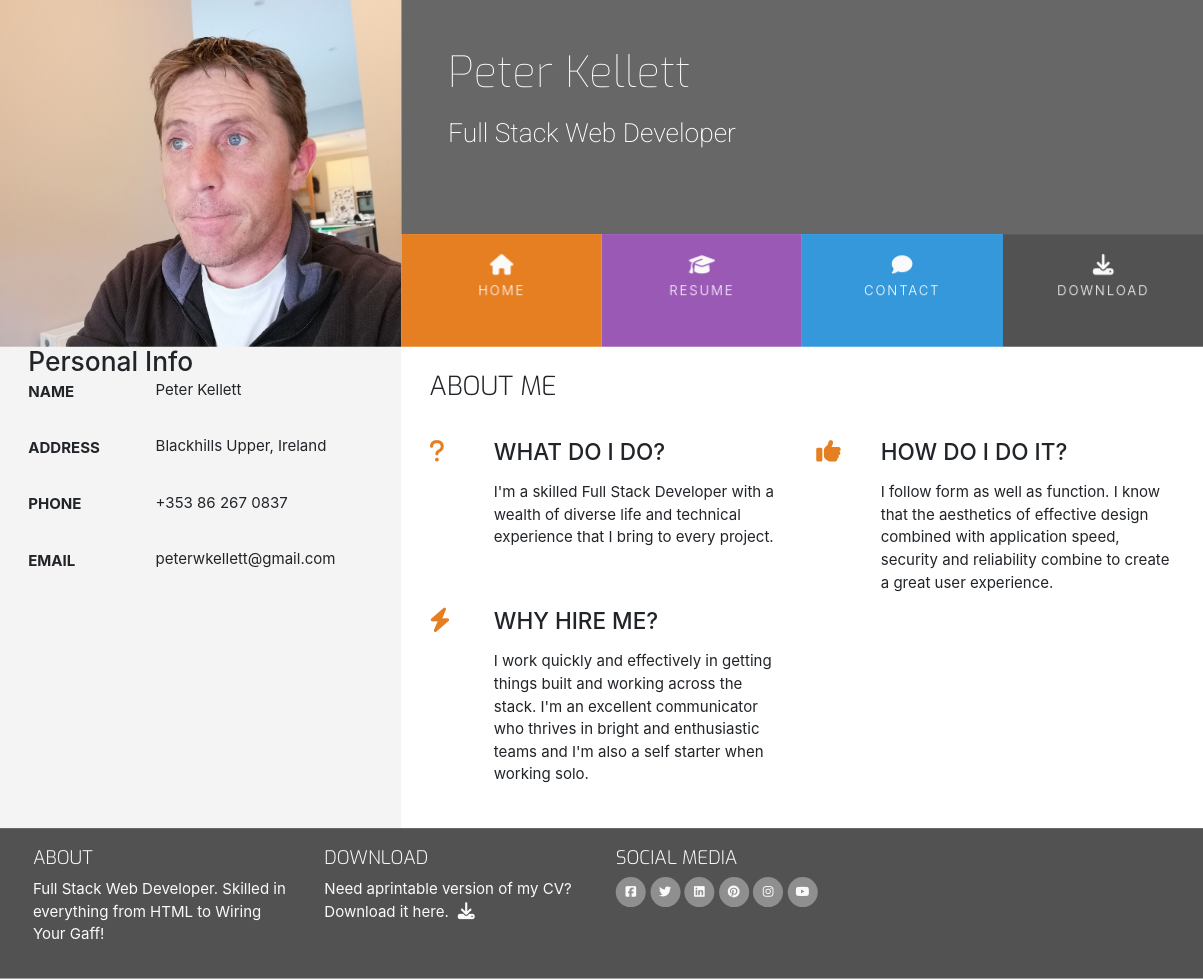
Repository: PeterKellett/resume-tutorial
Page: index.html
The author's editor kept a record of every edit. The page is drawn from the files as they stood at one moment, then again after the next edit.
The browser window is 1280 px wide. The pictures show the whole page, at 94% of full size.
Some web libraries are served in a nearby version.

Above is the page before.

After the next edit:
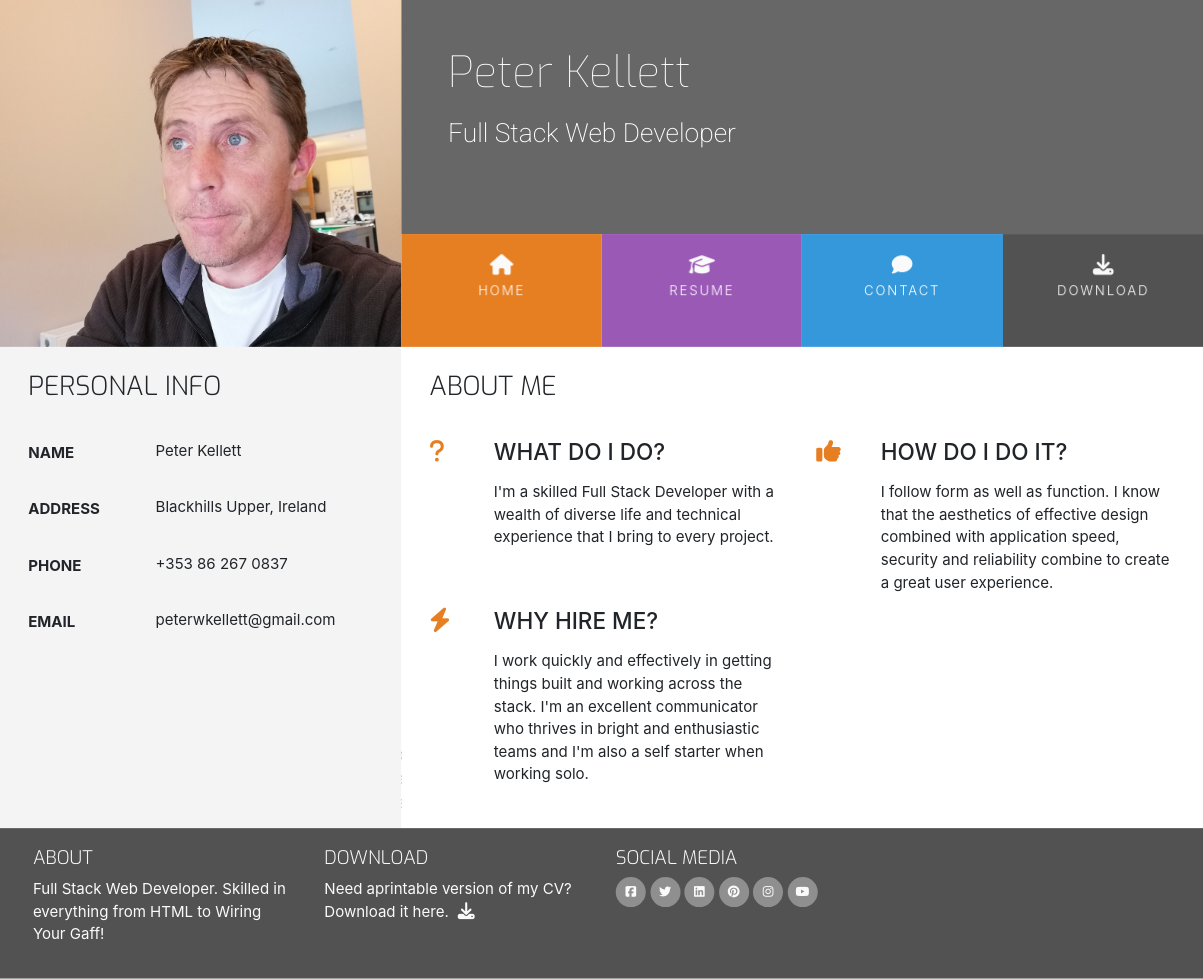
The edit:
--- a/index.html
+++ b/index.html
@@ -58,7 +58,7 @@
             <div class="col-md-4 bg-color-personal-info section-column">
                 <div class="row">
                     <div class="col-12">
-                        <h3 class-"section-heading uppercase">
+                        <h3 class="section-heading uppercase">
                             Personal Info
                         </h3>
                     </div>
